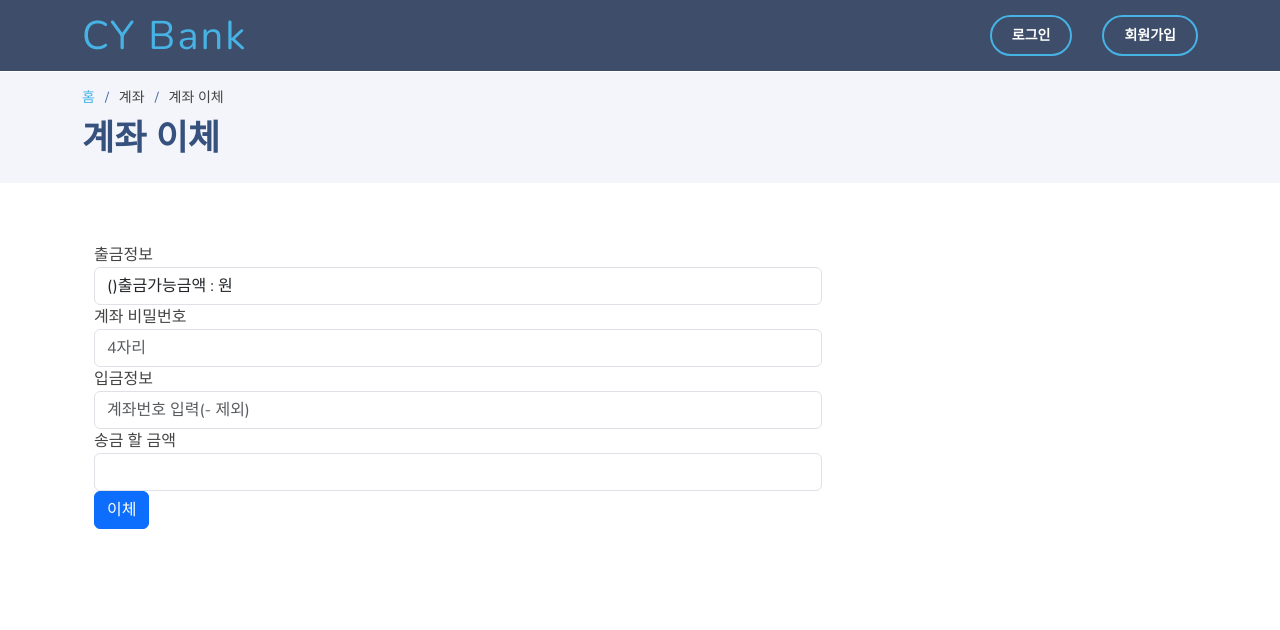
Repository: scy0814/Spring
Page: http://localhost/CYBank/jsp/transfer/AccountTransfer.jsp
These files come from the project's save history. The page is drawn as it stood at one moment and after the next save; the edit follows.
The browser window is 1280 px wide. The pictures show the whole page.
The page is served by Tomcat 9. Other server files are loaded and not shown. The template is opened directly, without the code that normally fills it, so the values that code supplies are empty.

Above is the page before, as saved 2023-06-29 07:28:41.

### CYBank/src/main/webapp/jsp/transfer/AccountTransfer.jsp
<%@ page language="java" contentType="text/html; charset=UTF-8"
    pageEncoding="UTF-8"%>
    <%@ taglib uri="http://java.sun.com/jsp/jstl/core" prefix="c"%>
<!DOCTYPE html>
<html>
<head>
<meta charset="UTF-8">
<title>Insert title here</title>
</head>
<header>
<jsp:include page="/jsp/include/header.jsp" />
</header>
<body>
<section id="breadcrumbs" class="breadcrumbs">
      <div class="container">

        <ol>
          <li><a href="/index.jsp">홈</a></li>
          <li>계좌</li>
          <li>계좌 이체</li>
        </ol>
        <h2 style="font-size : 35px;">계좌 이체</h2>

      </div>
    </section><!-- End Breadcrumbs -->

    <section class="inner-page">
      <div class="container">

      <form action="${pageContext.request.contextPath}/accountTransferProcess.do" method="post">
       <input type="hidden" name="accountNum" value="${account.accountNum}" />
       <input type="hidden" name="balance" value="${account.balance}" />
       <input type="hidden" name="name" value="${account.name}" />
		<div class="container">
				<div class="col-lg-8">
							<div class="form-group">
								<label for="id">출금정보</label><br>
							 <input type="text" class="form-control" id="exampleFormControlInput1" value="${account.accountNum }(${account.accountName })출금가능금액 : ${account.balance }원" name="id"  readonly >
        </div>
							<div class="form-group">
								<label for="accountPW">계좌 비밀번호</label> <input type="password"
									name="accountPW" id="accountPW" placeholder="4자리" maxlength="4"
									required class="form-control">
							</div>
							<div class="form-group">
								<label for="accountType">입금정보</label> <input type="text" name="accountNum2" placeholder="계좌번호 입력(- 제외)"
									class="form-control">
							</div>
							<div class="form-group">
								<label for="accountPW2">송금 할 금액</label> <input
									type="text" name="amount" id="amount"
									required class="form-control">
							</div>
							<button type="submit" class="btn btn-primary">이체</button>
						</div>
					</div>
	</form>
      </div>
      </section>
</body>
</html>

### CYBank/src/main/webapp/jsp/include/header.jsp
<%@ page language="java" contentType="text/html; charset=UTF-8"
    pageEncoding="UTF-8"%>
    <%@ taglib prefix="c" uri="http://java.sun.com/jsp/jstl/core"%>
<!DOCTYPE html>
<html>
<head>
<meta charset="UTF-8">
 <!-- Favicons -->
  <link href="assets/img/favicon.png" rel="icon">
  <link href="assets/img/apple-touch-icon.png" rel="apple-touch-icon">


  <!-- Google Fonts -->
  <link href="https://fonts.googleapis.com/css?family=Open+Sans:300,300i,400,400i,600,600i,700,700i|Nunito:300,300i,400,400i,600,600i,700,700i|Poppins:300,300i,400,400i,500,500i,600,600i,700,700i" rel="stylesheet">

  <!-- Vendor CSS Files -->
  <link href="/CYBank/css/vendor/aos/aos.css" rel="stylesheet">
  <link href="/CYBank/css/vendor/bootstrap/css/bootstrap.min.css" rel="stylesheet">
  <link href="/CYBank/css/vendor/bootstrap-icons/bootstrap-icons.css" rel="stylesheet">
  <link href="/CYBank/css/vendor/glightbox/css/glightbox.min.css" rel="stylesheet">
  <link href="/CYBank/css/vendor/remixicon/remixicon.css" rel="stylesheet">
  <link href="/CYBank/css/vendor/swiper/swiper-bundle.min.css" rel="stylesheet">

  <!-- Template Main CSS File -->
  <link href="/CYBank/css/css/style.css" rel="stylesheet">
  <style>
  .fixed-top {
    position: fixed;
    z-index: 1030;
    background: #283a5ae6;
    top: 0;
    right: 0;
    left: 0;
}
  </style>

<title>Insert title here</title>
</head>
<body>
<!-- ======= Header ======= -->
  <header id="header" class="header fixed-top">
    <div class="container-fluid container-xl d-flex align-items-center justify-content-between">

      <a href="index.jsp" class="logo d-flex align-items-center">
        <span class="cybank">CY Bank</span>
      </a>
		<c:set var="isLogin" value="${empty user }" />
      <nav id="navbar" class="navbar">
        <ul>
        <c:if test="${not empty user}">
          <li><a class="nav-link scrollto active" href="index.jsp">홈</a></li>
          <li><a class="nav-link scrollto" href="${pageContext.request.contextPath }/noticeList.do">공지사항</a></li>
          <li><a class="nav-link scrollto" href="#about">오픈뱅킹</a></li>
           <li class="dropdown"><a href="${pageContext.request.contextPath }/account.do"><span>계좌</span> <i class="bi bi-chevron-down"></i></a>
            <ul>
              <li><a href="${pageContext.request.contextPath}/account.do">나의 계좌</a></li>
              <li><a href="${pageContext.request.contextPath}/createAccount.do">계좌 개설</a></li>
              <li><a href="${pageContext.request.contextPath}/transactionHistory.do">입출금 내역</a></li>
              <li><a href="${pageContext.request.contextPath}/closeAccount.do">계좌 해지</a></li>
            </ul>
          </li>
          <li><a class="nav-link scrollto" href="${pageContext.request.contextPath }/myPage.do">마이페이지</a></li>
          <li><a class="nav-link scrollto" href="${pageContext.request.contextPath }/customerCenter.do">고객센터</a></li>
          <li><a class="nav-link scrollto" href="${pageContext.request.contextPath }/logout.do">로그아웃</a></li>
          </c:if>
		<c:if test="${empty user}">
          <li><a class="getstarted scrollto" href="${pageContext.request.contextPath }/login.do">로그인</a></li>
          <li><a class="getstarted scrollto" href="${pageContext.request.contextPath }/signup.do">회원가입</a></li>
          </c:if>
        </ul>
        <i class="bi bi-list mobile-nav-toggle"></i>
      </nav><!-- .navbar -->

    </div>
  </header><!-- End Header -->
  <!-- Vendor JS Files -->
  <script src="/CYBank/css/vendor/purecounter/purecounter_vanilla.js"></script>
  <script src="/CYBank/css/vendor/aos/aos.js"></script>
  <script src="/CYBank/css/vendor/bootstrap/js/bootstrap.bundle.min.js"></script>
  <script src="/CYBank/css/vendor/glightbox/js/glightbox.min.js"></script>
  <script src="/CYBank/css/vendor/isotope-layout/isotope.pkgd.min.js"></script>
  <script src="/CYBank/css/vendor/swiper/swiper-bundle.min.js"></script>
  <script src="/CYBank/css/vendor/php-email-form/validate.js"></script>

  <!-- Template Main JS File -->
  <script src="/CYBank/css/js/main.js"></script>

</body>
</html>

Loaded but not shown: CYBank/src/main/webapp/css/js/main.js (258 lines, source omitted); CYBank/src/main/webapp/css/css/style.css (1830 lines, source omitted)

After the next save:
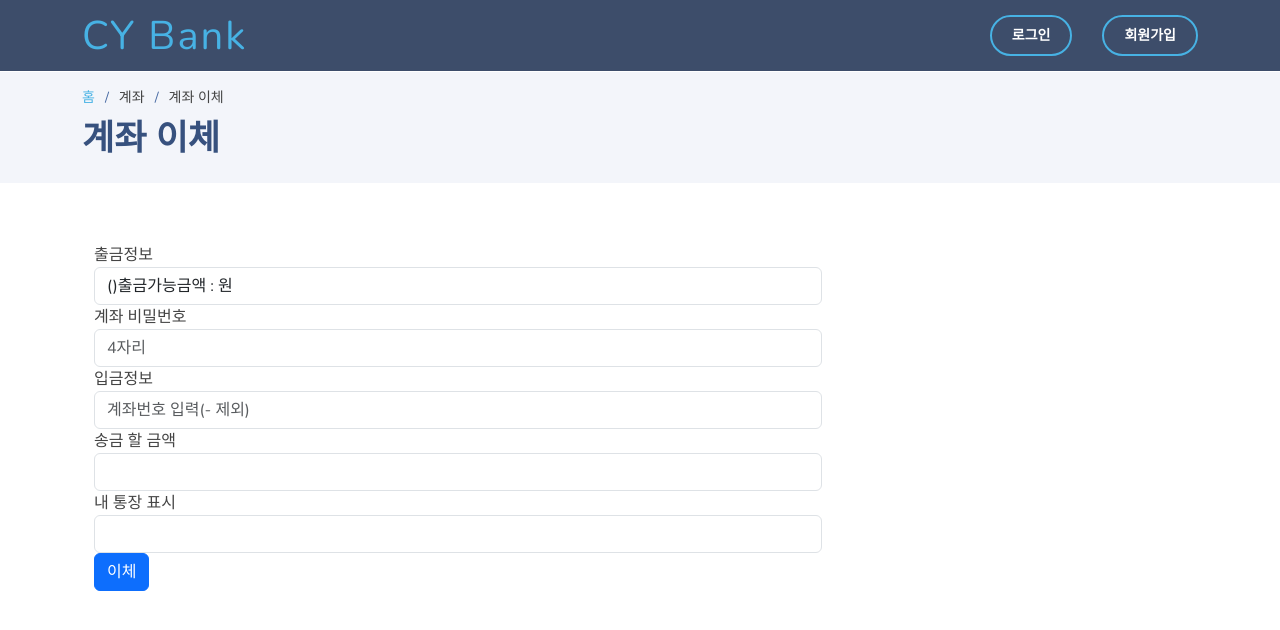
Saved 7 min 58 s later.
--- a/CYBank/src/main/webapp/jsp/transfer/AccountTransfer.jsp
+++ b/CYBank/src/main/webapp/jsp/transfer/AccountTransfer.jsp
@@ -51,6 +51,11 @@
 									type="text" name="amount" id="amount"
 									required class="form-control">
 							</div>
+							<div class="form-group">
+								<label for="accountPW2">내 통장 표시</label> <input
+									type="text" name="content" id="content"
+									required class="form-control">
+							</div>
 							<button type="submit" class="btn btn-primary">이체</button>
 						</div>
 					</div>
